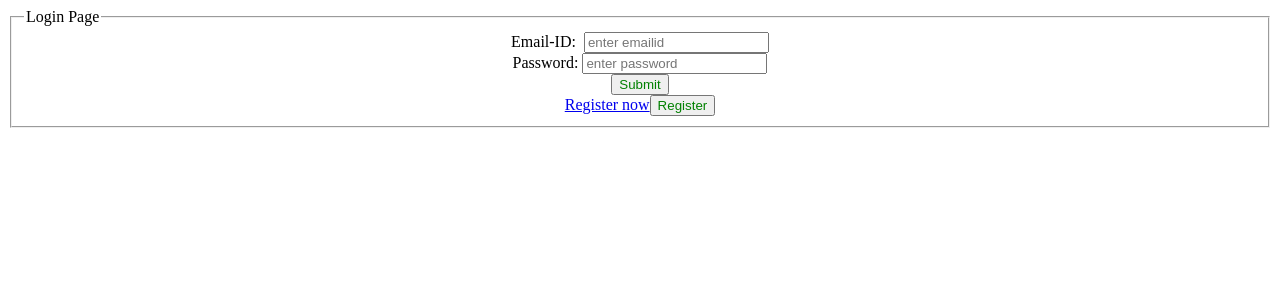
Repository: Tharungandhi/ServeltProject
Page: ServletJDBCApp/WebContent/login.html
The author's editor kept a copy of each file at every save. The page is drawn from the files as they stood at one save, then again after the next save.
The browser window is 1280 px wide. The pictures show the whole page.

Above is the page before, as saved 2019-01-24 04:57:39.

After the next save:
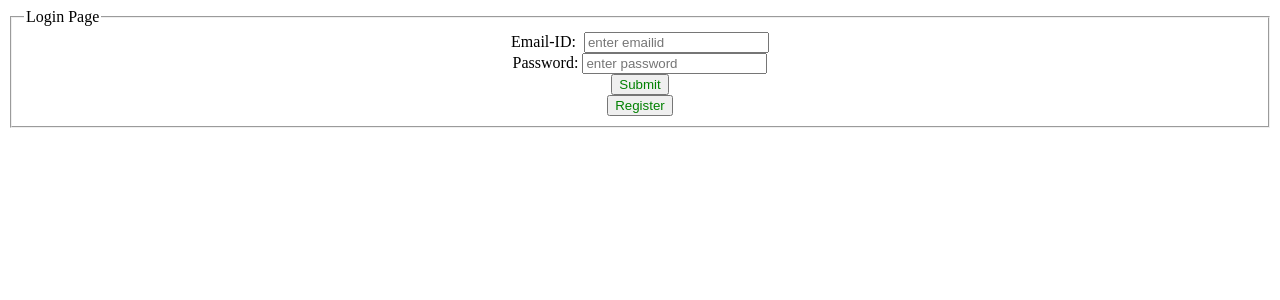
Saved 10 s later.
--- a/ServletJDBCApp/WebContent/login.html
+++ b/ServletJDBCApp/WebContent/login.html
@@ -18,7 +18,7 @@
 <input type="password" name="password"  placeholder="enter password" value="" required/> </div>
 <input style='color: green' type="submit" name="submit"/>
 <div>
-<a href=registration.html> Register now<input style='color: green' type="submit" value="Register"/> </a> </div>
+<a href=registration.html> <input style='color: green' type="submit" value="Register"/> </a> </div>
 </div>
 </fieldset>
 </form>
